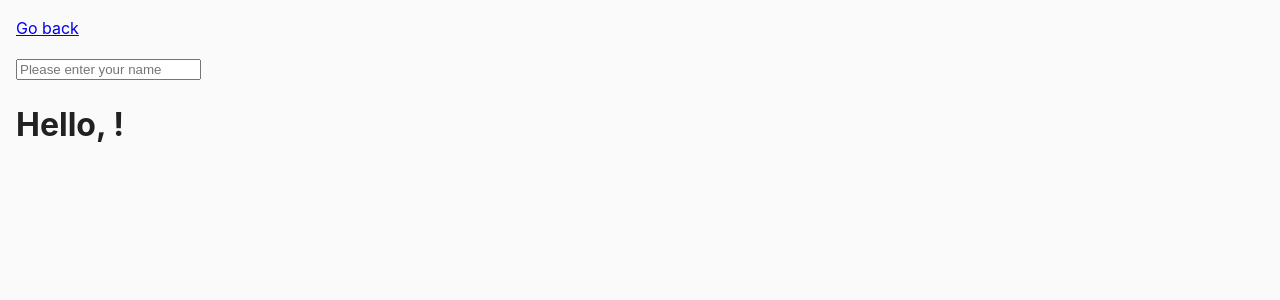
Repository: anyakobtseva/goit-js-hw-07
Page: task-03.html
These files come from the project's save history. The page is drawn as it stood at one moment and after the next save; the edit follows.
The browser window is 1280 px wide. The pictures show the whole page.

Above is the page before, as saved 2023-12-03 18:36:47.

After the next save:
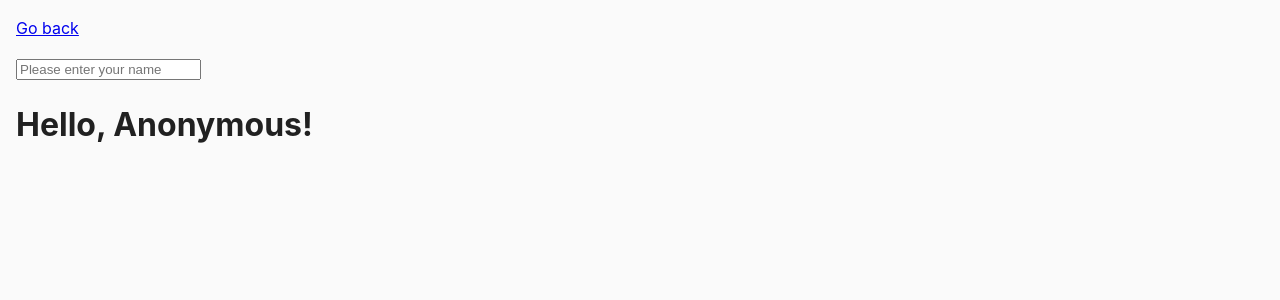
Saved 5 s later.
--- a/js/task-03.js
+++ b/js/task-03.js
@@ -1,6 +1,6 @@
 const inputEl = document.querySelector('#name-input');
 const outputEl = document.querySelector('#name-output');
-outputEl.textContent =
+
 inputEl.addEventListener('input', (event) => {
 
 })
